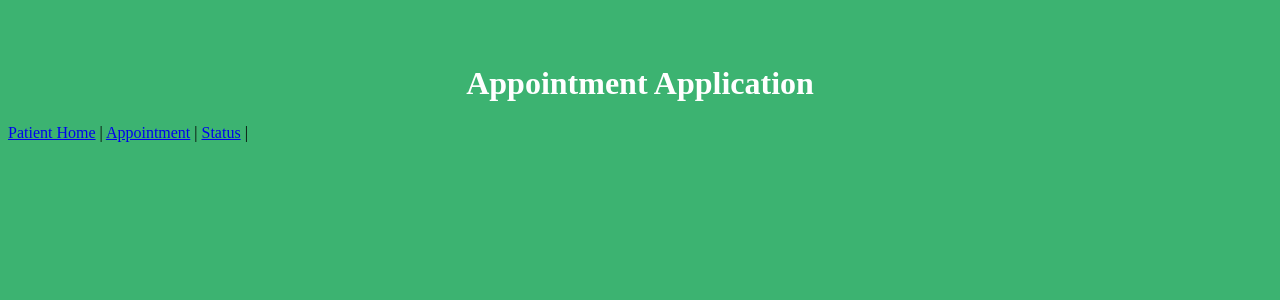
Repository: lsamirl/Exemples
Page: Doctor/WebContent/Doctor_home.html
The author's editor kept a copy of each file at every save. The page is drawn from the files as they stood at one save, then again after the next save.
The browser window is 1280 px wide. The pictures show the whole page.

Above is the page before, as saved 2021-06-29 01:27:35.

After the next save:
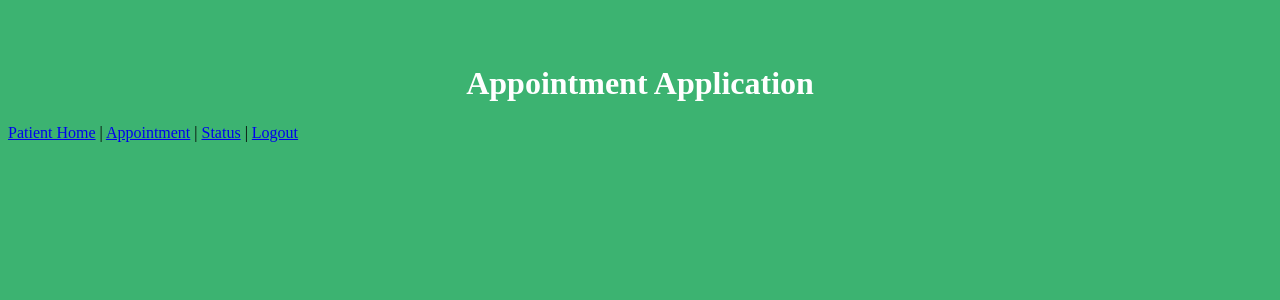
Saved 3 min 41 s later.
--- a/Doctor/WebContent/Doctor_home.html
+++ b/Doctor/WebContent/Doctor_home.html
@@ -7,6 +7,8 @@
 <a href="Pation_home.html">Patient Home</a> |
 <a href="#">Appointment</a> |
 <a href="#">Status</a> |
+<a href="index.html">Logout</a>
+
 
 </table>
 </body>
